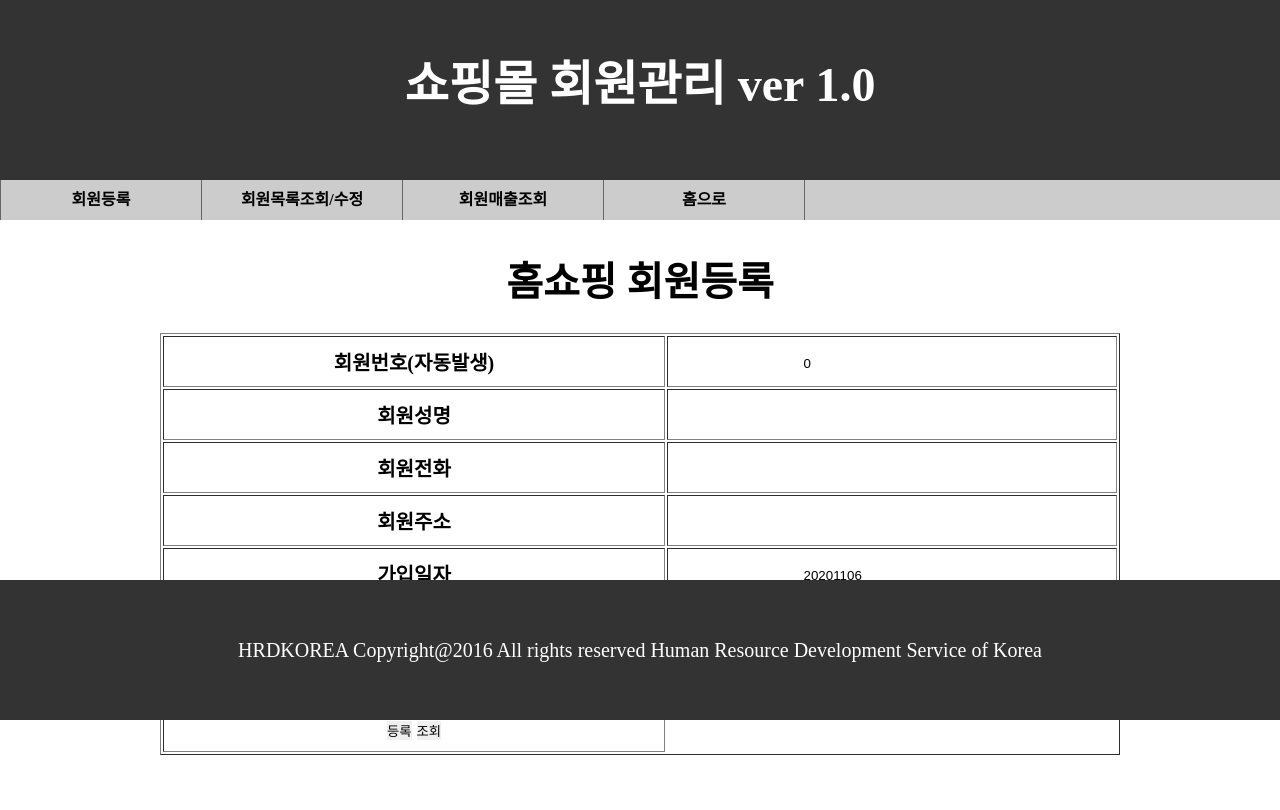
Repository: jsky1234/NCS
Page: http://localhost/HRD_1/memberIns.jsp
The author's editor kept a copy of each file at every save. The page is drawn from the files as they stood at one save, then again after the next save.
The browser window is 1280 px wide. The pictures show the whole page.
The page is served by Tomcat 9. Queries for data that is not in the repository find no rows.

Above is the page before, as saved 2020-11-10 05:07:17.
Console error: ReferenceError: form is not defined

After the next save:
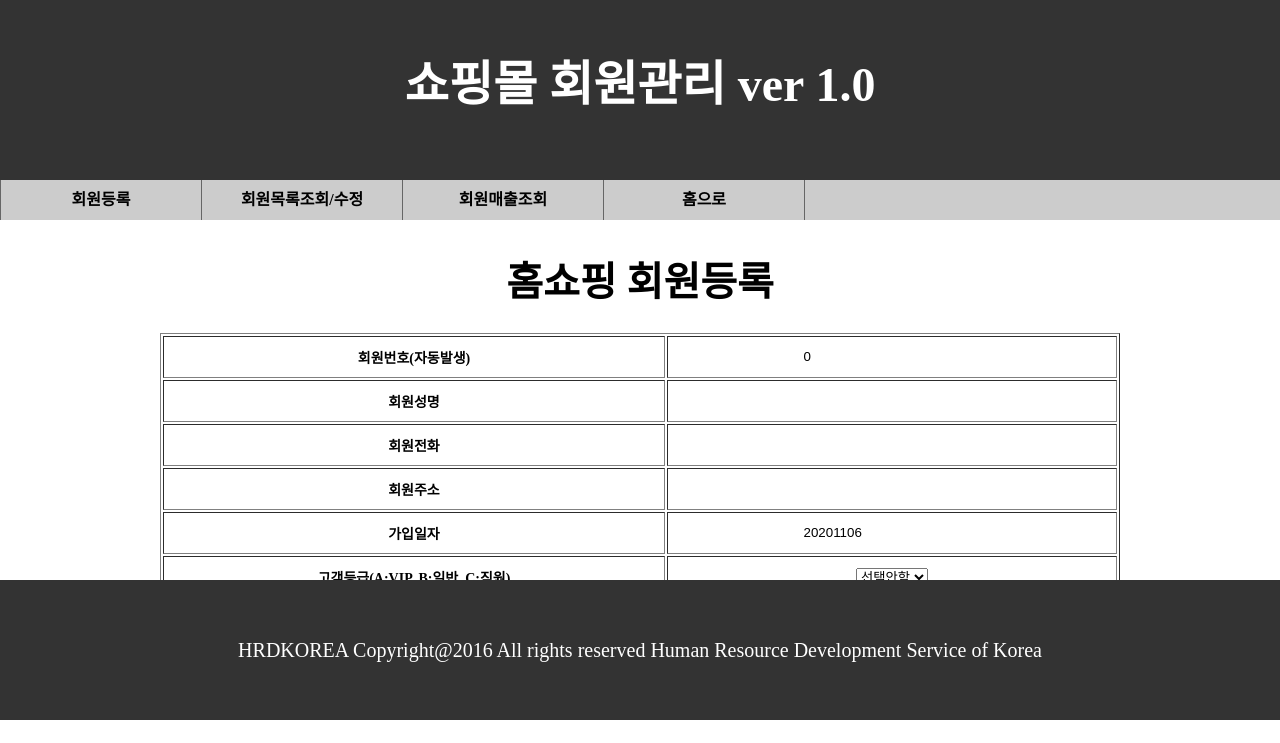
Saved 23 s later.
--- a/ncs1/HRD_1/WebContent/memberIns.jsp
+++ b/ncs1/HRD_1/WebContent/memberIns.jsp
@@ -10,7 +10,7 @@
 <style>
 .main_help { width: 960px; margin: 25px auto; font-size: 20px; }
 .main_help ol { padding-top: 5px; }
-.tb { display: table; border 1px solid #333; width: 960px; text-align: center;}
+.tb { display: table; border 1px solid #333; width: 960px; text-align: center; font-size: 14px; }
 .tb tr { display: table-row; }
 .tb td, .tb th { display: table-cell; padding: 10px; }
 .tb th { width: 480px; }

After the save that followed:
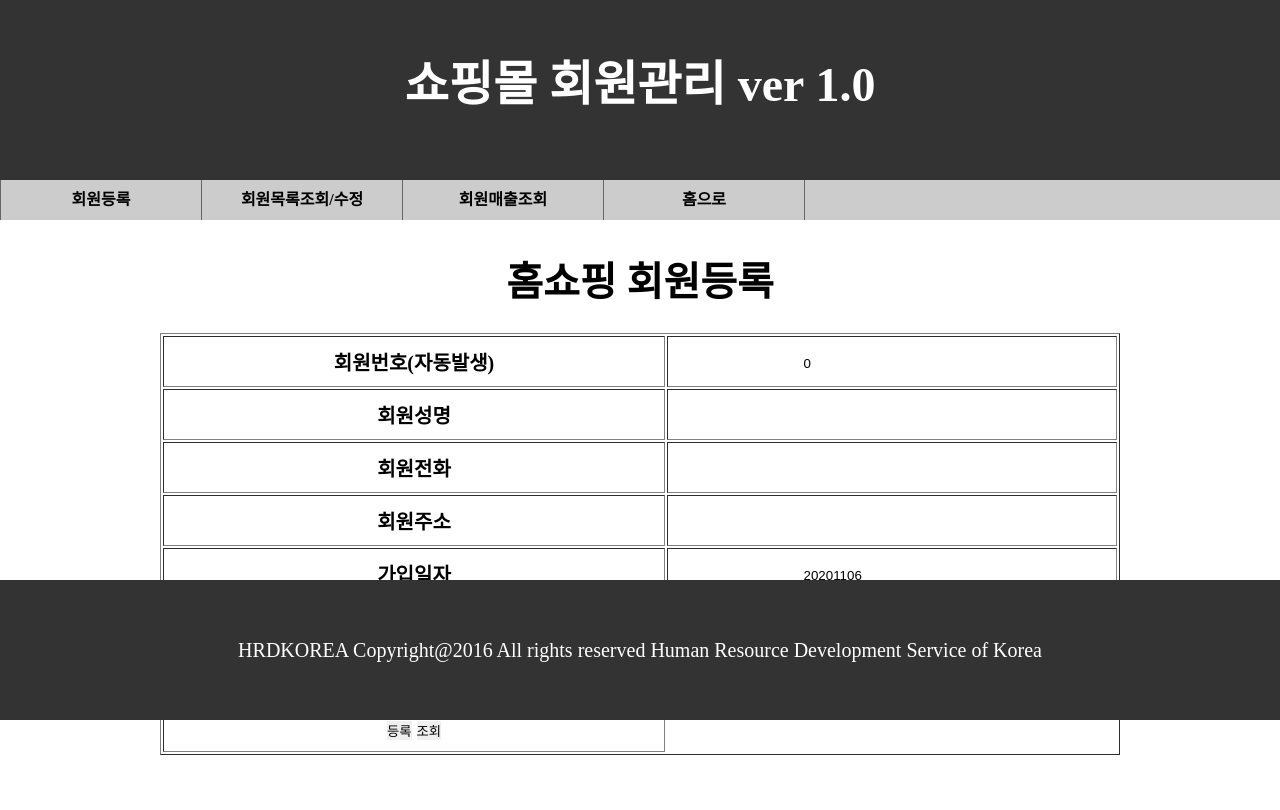
Saved 8 s later.
--- a/ncs1/HRD_1/WebContent/memberIns.jsp
+++ b/ncs1/HRD_1/WebContent/memberIns.jsp
@@ -10,7 +10,7 @@
 <style>
 .main_help { width: 960px; margin: 25px auto; font-size: 20px; }
 .main_help ol { padding-top: 5px; }
-.tb { display: table; border 1px solid #333; width: 960px; text-align: center; font-size: 14px; }
+.tb { display: table; border 1px solid #333; width: 960px; text-align: center; font-size: 20px; }
 .tb tr { display: table-row; }
 .tb td, .tb th { display: table-cell; padding: 10px; }
 .tb th { width: 480px; }
